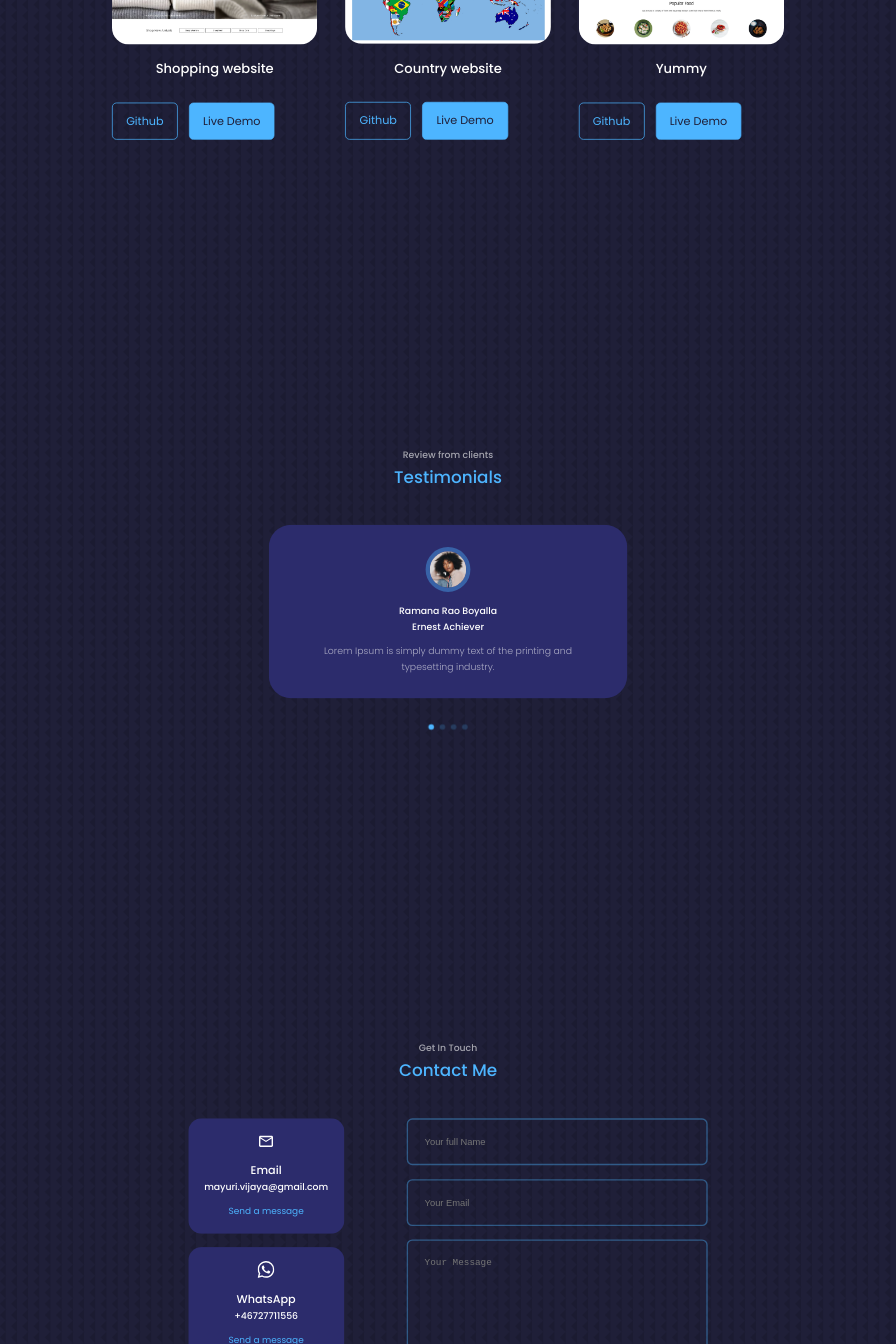
Repository: mayuri2018/Mr_react_portfolio
Page: /
These files come from the project's save history. The page is drawn as it stood at one moment and after the next save; the edit follows.
The browser window is 1280 px wide. The pictures show the part of the page from y = 3602 to 5522 px (the page is 6288 px tall), at 70% of full size.
The project was rebuilt for these pictures with package versions that can differ from the ones it lists, and the page was loaded fresh each time. Imported but missing from the stored project, and not drawn on this page: src/assets/cv.pdf.

Above is the page before, as saved 2023-01-28 18:29:57.

After the next save:
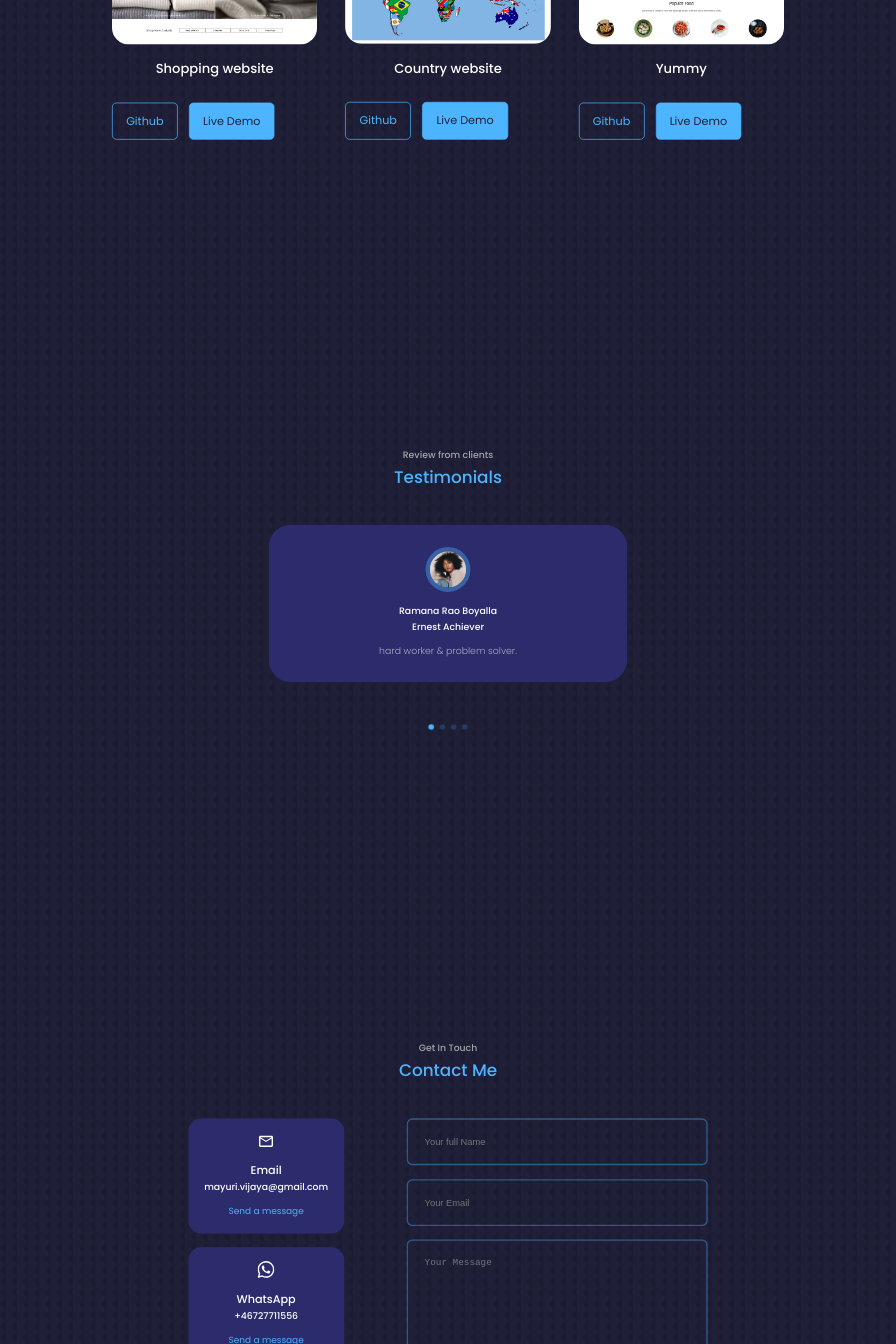
Saved 4 min 56 s later.
--- a/src/components/testimonials/Testimonials.jsx
+++ b/src/components/testimonials/Testimonials.jsx
@@ -18,7 +18,7 @@ const data = [
     {
         avatar:AVTRI1,
         name: "Ramana Rao Boyalla",
-        review :"Lorem Ipsum is simply dummy text of the printing and typesetting industry."
+        review :"hard worker & problem solver."
     },
     {
         avatar:AVTRI2,
